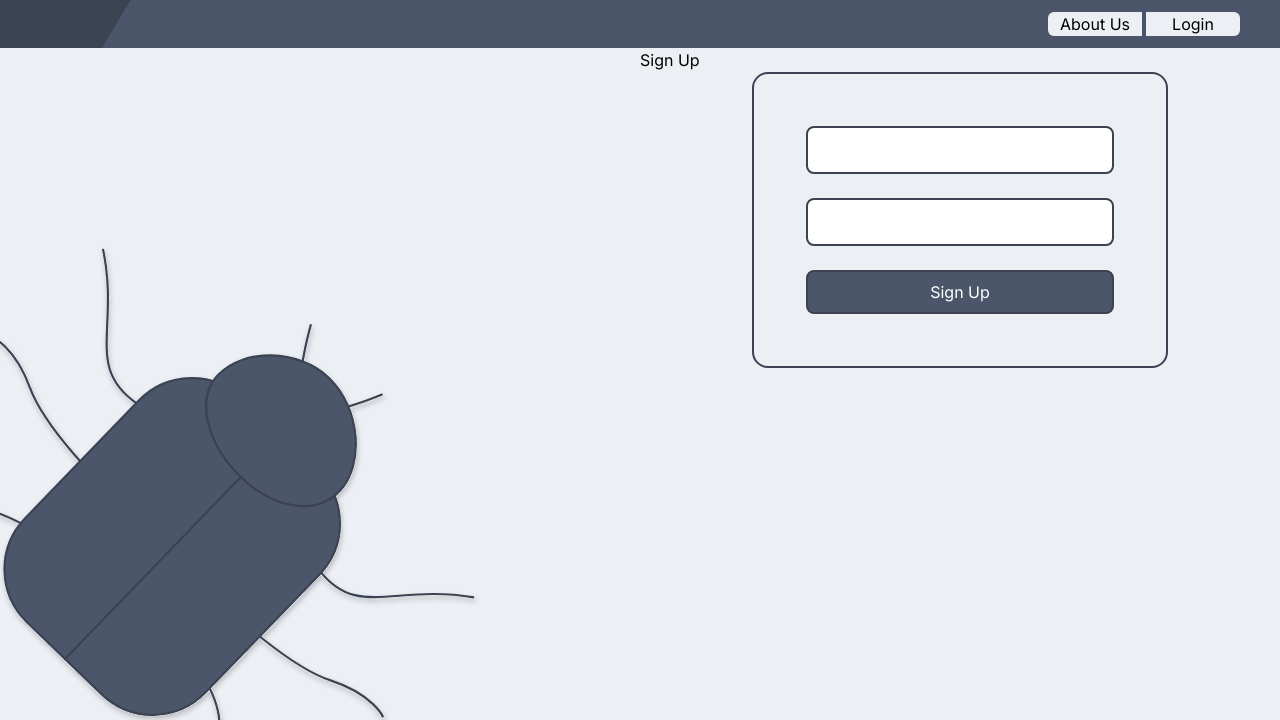
Repository: Qu4ntumGuy/project-bug
Page: /signup
These files come from the project's save history. The page is drawn as it stood at one moment and after the next save; the edit follows.
The browser window is 1280 px wide. The pictures show the whole page.
The project was rebuilt for these pictures with package versions that can differ from the ones it lists, and the page was loaded fresh each time. The framework's server and built-in components were replaced by stand-ins that run in the browser. Also part of the build but not shown: next.config.mjs, src/components/Diamond.module.css, src/components/Navbar.js.

Above is the page before, as saved 2024-02-13 23:51:44.

After the next save:
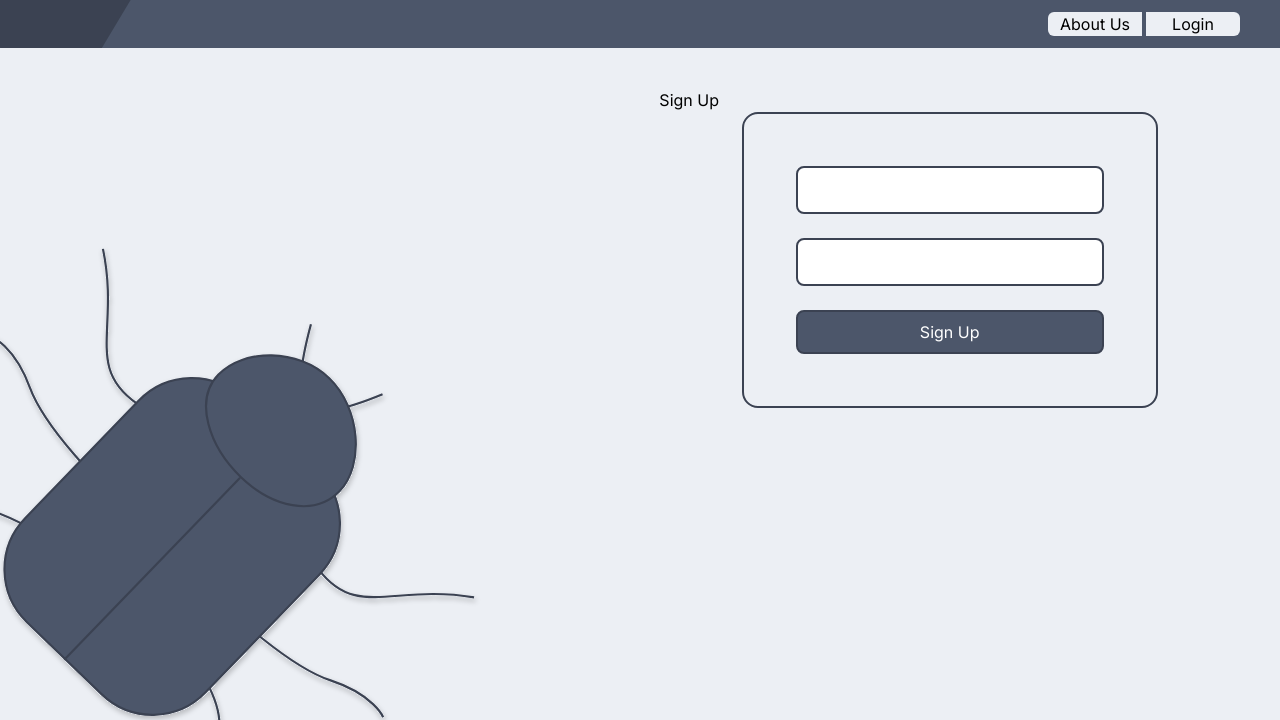
Saved 5 s later.
--- a/src/app/signup/page.js
+++ b/src/app/signup/page.js
@@ -12,7 +12,7 @@ export default function Signup() {
           alt="bug"
         />
       </div>
-      <div className="w-full">
+      <div className="w-full p-10">
         <div className="flex flex-col">
           <div className="m">Sign Up</div>
           <form className=" max-w-3xl flex m-auto p-10 flex-col border-2 border-[#3B4252] rounded-2xl">
